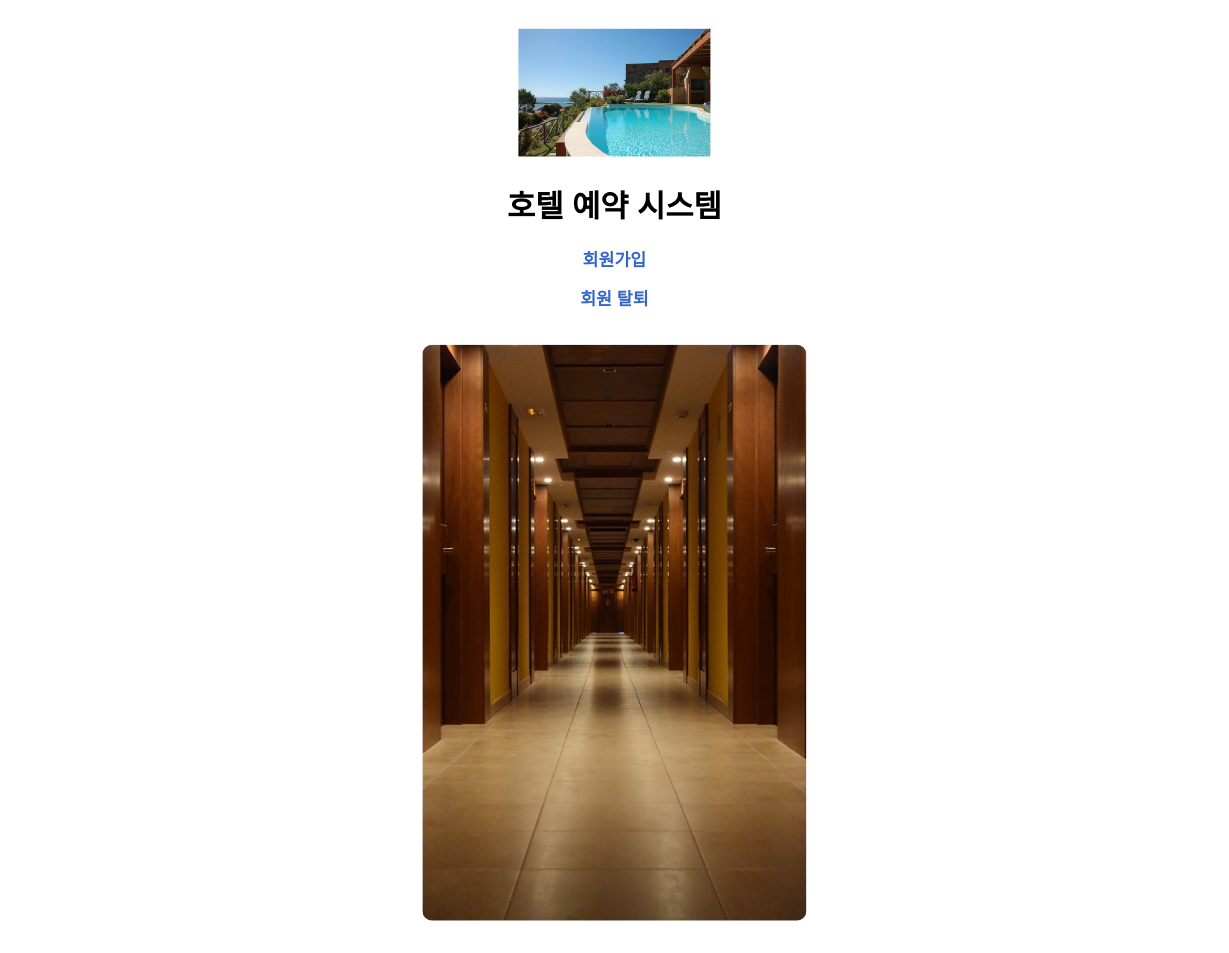
Repository: DearMyStore/ui-test
Page: http://localhost/HotelReservationSystem/menu.jsp
The author's editor kept a copy of each file at every save. The page is drawn from the files as they stood at one save, then again after the next save.
The browser window is 1280 px wide. The pictures show the whole page, at 96% of full size.
The page is served by Tomcat 9.

Above is the page before, as saved 2025-05-27 13:52:25.

### HRS/HotelReservationSystem/src/main/webapp/menu.jsp
<%@ page contentType="text/html; charset=UTF-8" pageEncoding="UTF-8"%>
<!DOCTYPE html>
<html>
<head>
    <meta charset="UTF-8">
    <title>호텔 예약 시스템</title>
    <style>
        body { font-family: Arial, sans-serif; text-align: center; margin: 30px; }
        img.logo { width: 200px; }
        img.room { width: 400px; margin-top: 20px; border-radius: 10px; }
        ul { list-style-type: none; padding: 0; }
        li { margin: 15px 0; font-size: 18px; }
        a { text-decoration: none; color: #3366cc; font-weight: bold; }
    </style>
</head>
<body>
    <img src="images/hotel.jpg" alt="호텔 로고" class="logo">
    <h1>호텔 예약 시스템</h1>
    <ul>
        <li><a href="register.jsp">회원가입</a></li>
        <li><a href="deleteAccount.jsp">회원 탈퇴</a></li>
    </ul>
    <img src="images/hotel2.jpg" alt="객실 사진" class="room">
</body>
</html>

After the next save:
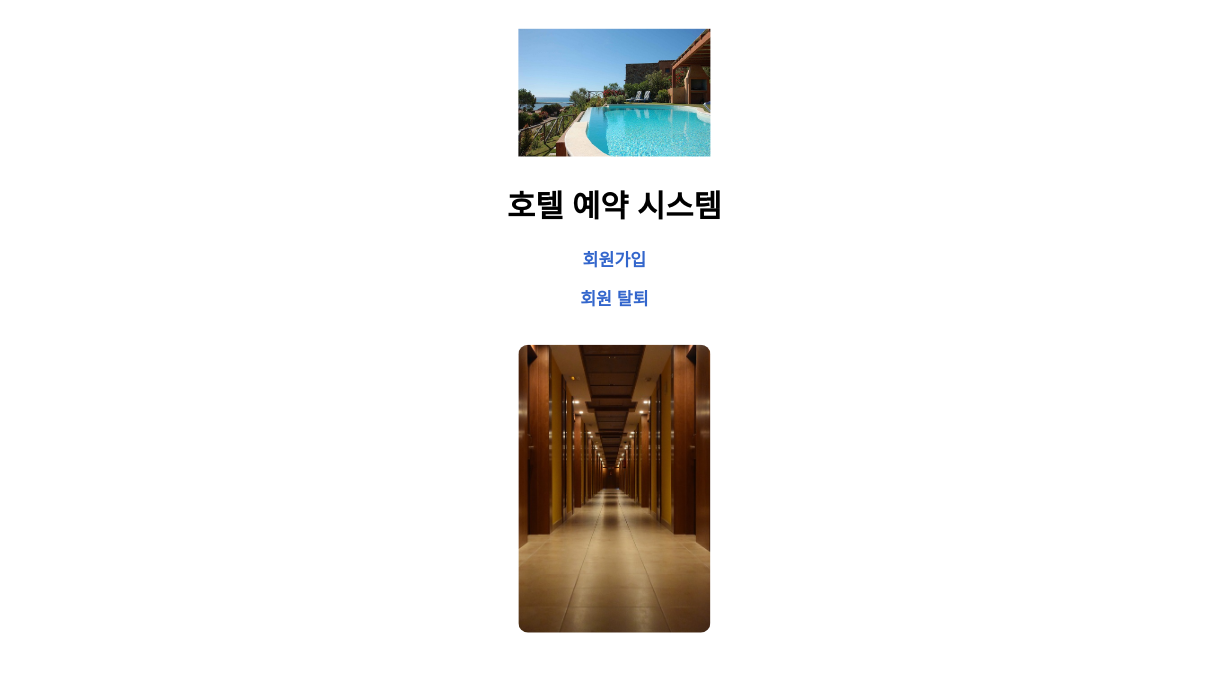
Saved 9 s later.
--- a/HRS/HotelReservationSystem/src/main/webapp/menu.jsp
+++ b/HRS/HotelReservationSystem/src/main/webapp/menu.jsp
@@ -7,7 +7,7 @@
     <style>
         body { font-family: Arial, sans-serif; text-align: center; margin: 30px; }
         img.logo { width: 200px; }
-        img.room { width: 400px; margin-top: 20px; border-radius: 10px; }
+        img.room { width: 200px; margin-top: 20px; border-radius: 10px; }
         ul { list-style-type: none; padding: 0; }
         li { margin: 15px 0; font-size: 18px; }
         a { text-decoration: none; color: #3366cc; font-weight: bold; }
